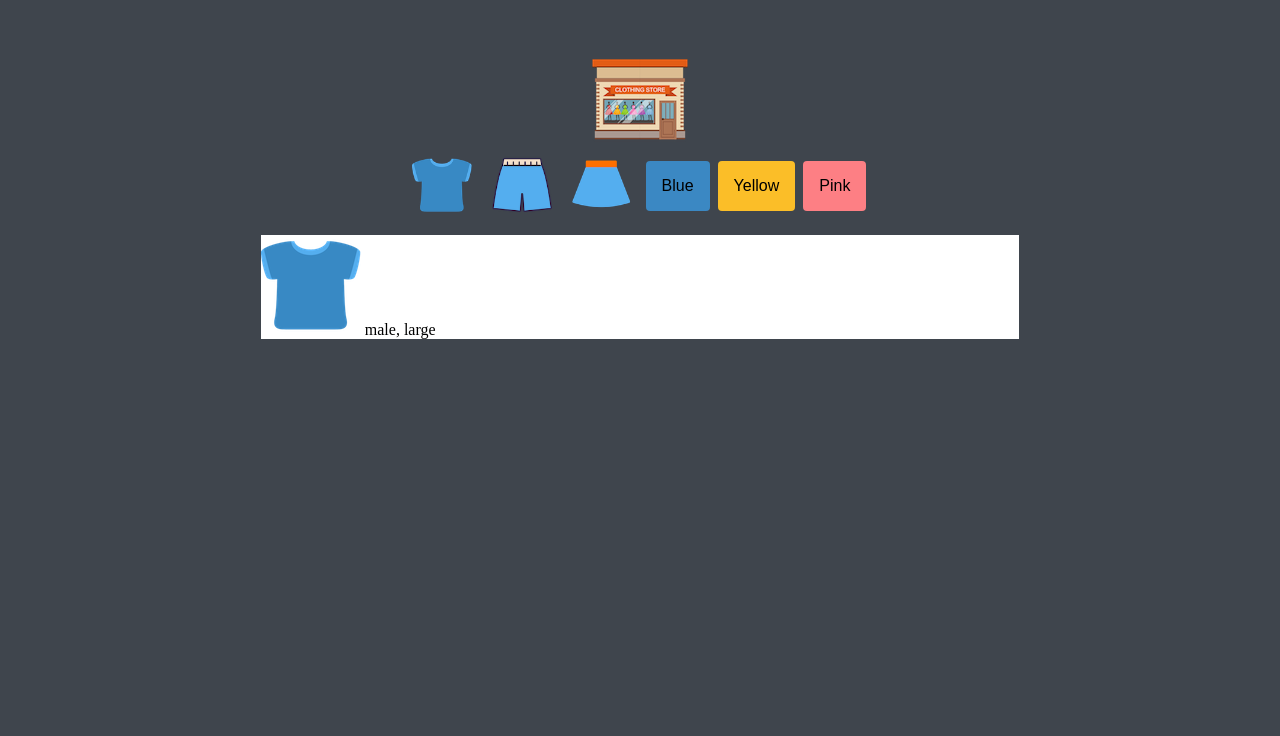
Repository: GoodHoneyCake/Dream_Coding_Academy1
Page: index.html
An editor plug-in stored every save of this project. The page is shown before and after the next save, followed by the edit.
The browser window is 1280 px wide. The pictures show the whole page.

Above is the page before, as saved 2021-01-06 16:33:39.

### index.html
<!DOCTYPE html>
<html lang="en">
  <head>
    <meta charset="UTF-8" />
    <meta name="viewport" content="width=device-width, initial-scale=1.0" />
    <title>Online Shopping</title>
    <link rel="stylesheet" href="style.css" />
    <script src="src/main.js" defer></script>
  </head>
  <body>
    <!-- Logo -->
    <img src="img/logo.png" alt="Logo" class="logo" />
    <!-- Buttons -->
    <section class="buttons">
      <button class="btn">
        <img src="img/blue_t.png" alt="tshirt" class="imgBtn" />
      </button>
      <button class="btn">
        <img src="img/blue_p.png" alt="pants" class="imgBtn" />
      </button>
      <button class="btn">
        <img src="img/blue_s.png" alt="skirt" class="imgBtn" />
      </button>
      <button class="btn colorBtn blue">Blue</button>
      <button class="btn colorBtn yellow">Yellow</button>
      <button class="btn colorBtn pink">Pink</button>
    </section>
    <!-- Items -->
    <ul class="items">
      <li class="item">
        <img src="img/blue_t.png" alt="tshirt" class="item__thumbnail" />
        <span class="item__description">male, large</span>
      </li>
    </ul>
  </body>
</html>

### style.css
:root {
  /* color */
  --color-black: #3f454d;
  --color-white: #ffffff;
  --color-blue: #3b88c3;
  --color-yellow: #fbbe28;
  --color-pink: #fd7f84;
  --color-light-grey: #dfdfdf;

  /* size */
  --base-space: 8px;
  --size-button: 60px;
  --size-border: 4px;
  --size-thumbnail: 50px
  --button-font-size: 18px;

  /* animation */
  --animation-duration: 300ms;
}

* {
  box-sizing: border-box;
}

body {
  height: 100vh;
  background-color: var(--color-black);
  display: flex;
  flex-direction: column;
  justify-content: center;
  align-items: center;
}

.logo {
  cursor: pointer;
  transition: transform var(--animation-duration) ease;
}

.btn {
  background-color: transparent;
  border: none;
  outline: none;
  cursor: pointer;
  transition: transform var(--animation-duration) ease;
  margin-right: var(--base-space);
}

.logo:hover,
.btn:hover {
  transform: scale(1.1);
}

.buttons {
  display: flex;
  align-items: center;
}

.imgBtn {
  width: var(--size-button);
  height: var(--size-button);
}

.colorBtn {
  font-size: var(--button-font-size);
  padding: calc(var(--base-space) * 2);
  border-radius: var(--size-border);
}

.blue {
  background-color: var(--color-blue);
}
.yellow {
  background-color: var(--color-yellow);
}
.pink {
  background-color: var(--color-pink);
}

.items {
  width: 60%;
  height: 60%;
  list-style: none;
  padding-left: 0;
}

.item {
  background-color: var(--color-white);
}

.item__thumbnail{
  width: var(--size-thumbnail);
  height: var(--size-thumbnail);
}

Loaded but not shown: src/main.js (no stored copy; drawn as an empty file)

After the next save:
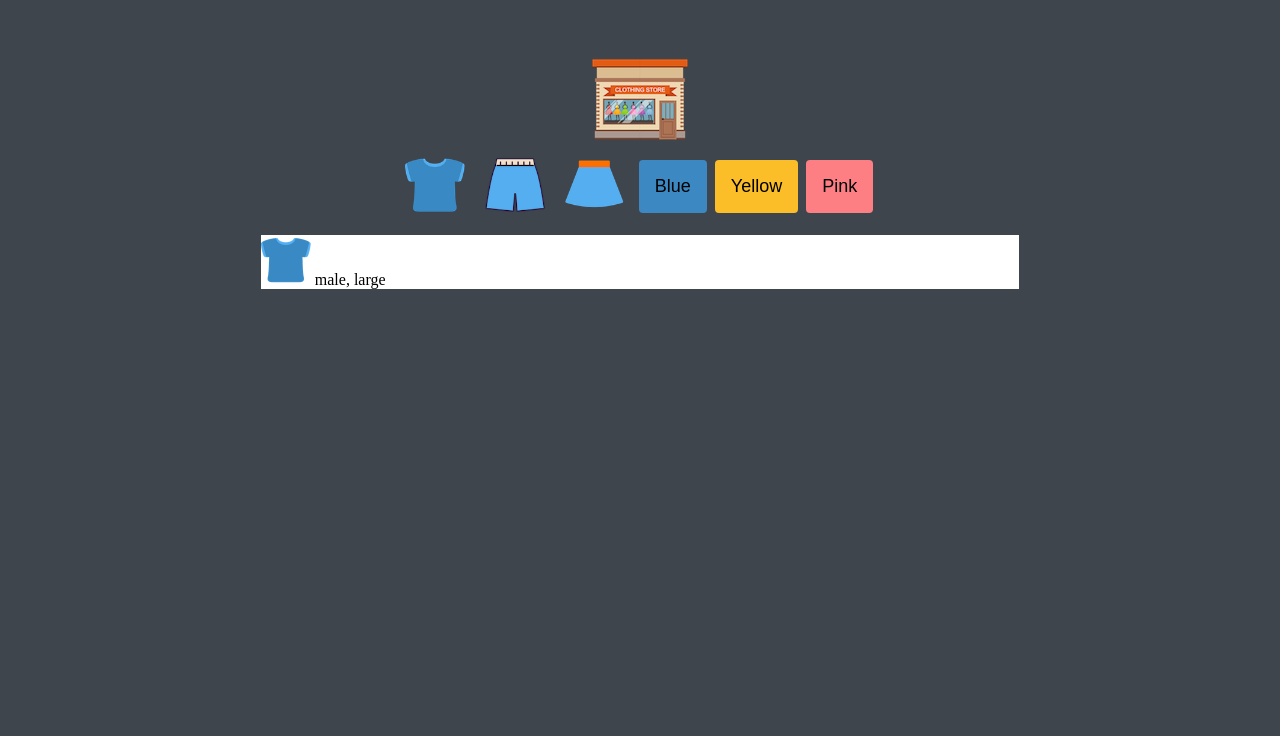
Saved 4 s later.
--- a/style.css
+++ b/style.css
@@ -11,7 +11,7 @@
   --base-space: 8px;
   --size-button: 60px;
   --size-border: 4px;
-  --size-thumbnail: 50px
+  --size-thumbnail: 50px;
   --button-font-size: 18px;
 
   /* animation */
@@ -87,7 +87,7 @@ body {
   background-color: var(--color-white);
 }
 
-.item__thumbnail{
+.item__thumbnail {
   width: var(--size-thumbnail);
   height: var(--size-thumbnail);
 }
